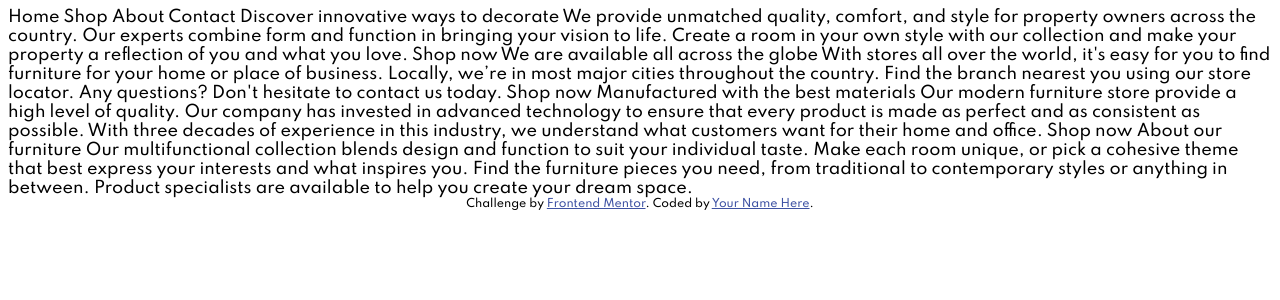
Repository: Jay-JYKim91/room-homepage-master
Page: index.html
These files come from the project's save history. The page is drawn as it stood at one moment and after the next save; the edit follows.
The browser window is 1280 px wide. The pictures show the whole page.

Above is the page before, as saved 2021-07-11 21:33:32.

### index.html
<!DOCTYPE html>
<html lang="en">
<head>
  <meta charset="UTF-8">
  <meta name="viewport" content="width=device-width, initial-scale=1.0"> <!-- displays site properly based on user's device -->
  <link rel="preconnect" href="https://fonts.googleapis.com">
  <link rel="preconnect" href="https://fonts.gstatic.com" crossorigin>
  <link href="https://fonts.googleapis.com/css2?family=Spartan:wght@500;600;700&display=swap" rel="stylesheet">
  <link rel="icon" type="image/png" sizes="32x32" href="./images/favicon-32x32.png">
  <link rel="stylesheet" href="style.css">
  <title>Room homepage</title>

</head>
<body>
  Home
  Shop
  About
  Contact

  Discover innovative ways to decorate

  We provide unmatched quality, comfort, and style for property owners across the country.
  Our experts combine form and function in bringing your vision to life. Create a room in your
  own style with our collection and make your property a reflection of you and what you love.

  Shop now

  We are available all across the globe

  With stores all over the world, it's easy for you to find furniture for your home or place of business.
  Locally, we’re in most major cities throughout the country. Find the branch nearest you using our
  store locator. Any questions? Don't hesitate to contact us today.

  Shop now

  Manufactured with the best materials

  Our modern furniture store provide a high level of quality. Our company has invested in advanced technology
  to ensure that every product is made as perfect and as consistent as possible. With three decades of
  experience in this industry, we understand what customers want for their home and office.

  Shop now

  About our furniture

  Our multifunctional collection blends design and function to suit your individual taste.
  Make each room unique, or pick a cohesive theme that best express your interests and what
  inspires you. Find the furniture pieces you need, from traditional to contemporary styles
  or anything in between. Product specialists are available to help you create your dream space.

  <div class="attribution">
    Challenge by <a href="https://www.frontendmentor.io?ref=challenge" target="_blank">Frontend Mentor</a>.
    Coded by <a href="#">Your Name Here</a>.
  </div>
</body>
</html>

### style.css
* {
  font-family: "Spartan", sans-serif;
}

.attribution {
  font-size: 11px;
  text-align: center;
}
.attribution a {
  color: hsl(228, 45%, 44%);
}

After the next save:
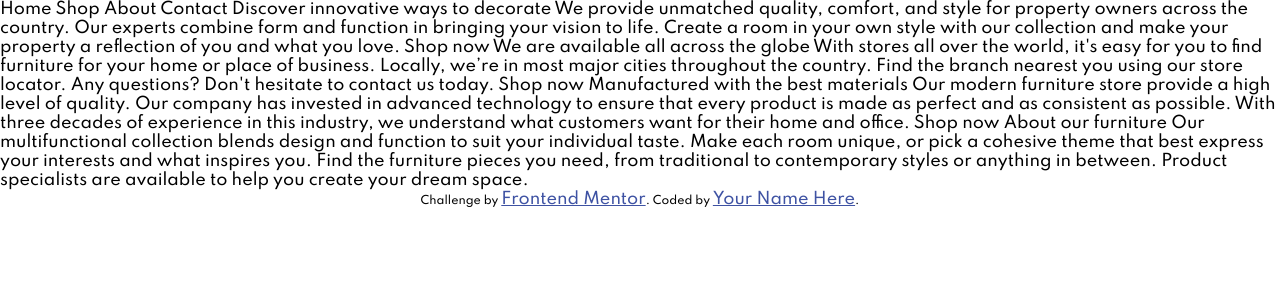
Saved 108 s later.
--- a/style.css
+++ b/style.css
@@ -1,5 +1,19 @@
+:root {
+  --body-font: "Spartan", sans-serif;
+  --heading-font: "DM Serif Display", serif;
+
+  --violet: hsl(256, 26%, 20%);
+  --grayish-blue: hsl(216, 30%, 68%);
+  --dark-violet: hsl(270, 9%, 17%);
+  --grayish-violet: hsl(273, 4%, 51%);
+  --light-gray: hsl(0, 0%, 98%);
+}
+
 * {
-  font-family: "Spartan", sans-serif;
+  margin: 0;
+  padding: 0;
+  font-family: var(--body-font);
+  font-size: 16px;
 }
 
 .attribution {
